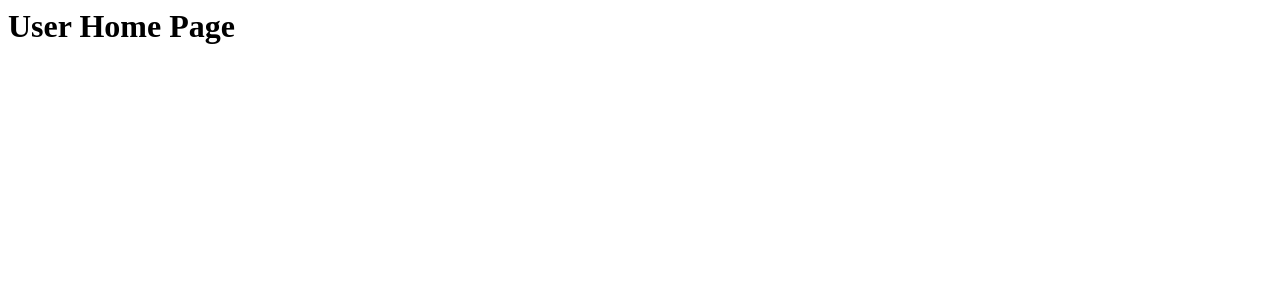
Repository: chinthaginjalabhuvan/Java
Page: http://localhost/RailwayCrossingProject/AdminHome.jsp
The author's editor kept a copy of each file at every save. The page is drawn from the files as they stood at one save, then again after the next save.
The browser window is 1280 px wide. The pictures show the whole page.
The page is served by Tomcat 9. Other server files are loaded and not shown. Queries for data that is not in the repository find no rows.

Above is the page before, as saved 2025-06-06 09:02:40.

### RailwayCrossingProject/src/main/webapp/AdminHome.jsp
<html>
	<body>
		<h1>User Home Page</h1>
	</body>

</html>

### RailwayCrossingProject/src/main/java/com/railway/dao/RailwayCrossingDao.java
package com.railway.dao;

import java.sql.*;

import java.util.ArrayList;



import com.railway.bean.RailwayCrossingBean;

import com.railway.bean.RegisterBean;

public class RailwayCrossingDao {

public static Connection con=getCon();

public static PreparedStatement ps;

public static ResultSet rs;

public static Connection getCon()

{

	try

	{

 Class.forName("com.mysql.cj.jdbc.Driver");

 con=DriverManager.getConnection("jdbc:mysql://localhost:3306/project","root","root");



	}

	catch(ClassNotFoundException cnf)

	{



	}

	catch(SQLException sql)

	{



	}

	return con;

}

public static String register(RegisterBean rb)

{

	int i=0;

	try

	{

 ps=con.prepareStatement("insert into register values(?,?,?)");

 ps.setString(1,rb.getName());

 ps.setString(2, rb.getEmail());

 ps.setString(3, rb.getPassword());

 i=ps.executeUpdate();

 if(i==1)

 {

 return "SUCCESS";

 }

 else

 {

 return "FAIL";

 }

	}

	catch(SQLException sql)

	{



	}

	return null;

}

public static String checkLogin(String email,String pass)

{

	try

	{

 ps=con.prepareStatement("select * from register where email=? and password=?");

 ps.setString(1, email);

 ps.setString(2, pass);

 rs=ps.executeQuery();

 if(rs.next())

 {

 return "Valid";

 }

 else

 {

 return "Invalid";

 }

	}

	catch(SQLException sql)

	{



	}

	return null;

}





public static ArrayList<RailwayCrossingBean> selectAll()

{

	ArrayList<RailwayCrossingBean> al=new ArrayList<RailwayCrossingBean>();

	try

	{

 ps=con.prepareStatement("select * from railwaycrossing");

 rs=ps.executeQuery();

 while(rs.next())

 {

 RailwayCrossingBean rcb=new RailwayCrossingBean();

 rcb.setName(rs.getString(1));

 rcb.setAddress(rs.getString(2));

 rcb.setLandmark(rs.getString(3));

 rcb.setTrainschedules(rs.getString(4));

 rcb.setPersonincharges(rs.getString(5));

 rcb.setStatus(rs.getString(6));

 al.add(rcb);



 }

	}

	catch(SQLException sql)

	{



	}

	return al;

}



public static int deleteByName(String name)

{

	System.out.println("Under Dao "+name);

	int i=0;

	try

	{

 ps=con.prepareStatement("delete from railwaycrossing where name=?");

 ps.setString(1, name);

 i=ps.executeUpdate();

	}

	catch(SQLException sql)

	{

 System.out.println(sql);

	}

	return 1;

}

}

After the next save:
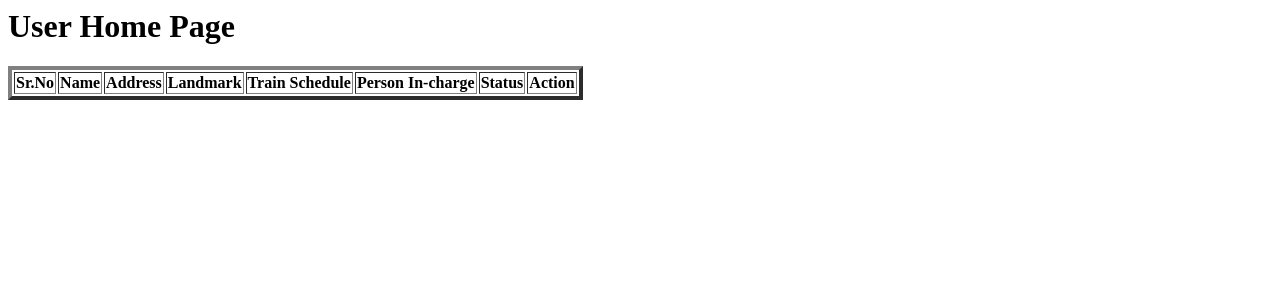
Saved 90 s later.
--- a/RailwayCrossingProject/src/main/webapp/AdminHome.jsp
+++ b/RailwayCrossingProject/src/main/webapp/AdminHome.jsp
@@ -1,6 +1,85 @@
+<%@page import="com.railway.dao.RailwayCrossingDao"%>
+
+<%@page import="com.railway.bean.RailwayCrossingBean"%>
+
+<%@page import="java.util.ArrayList"%>
+
 <html>
-	<body>
-		<h1>User Home Page</h1>
-	</body>
+
+<head>
+
+<style>
+
+#status{
+
+width:200px;
+
+
+
+}
+
+button{
+
+float:left;
+
+}
+
+</style>
+
+</head>
+
+<body>
+
+<h1>User Home Page</h1>
+
+<%
+
+int i=1;
+
+ArrayList<RailwayCrossingBean> all=RailwayCrossingDao.selectAll();%>
+
+<table border="4">
+
+<tr><th>Sr.No</th><th>Name</th><th>Address</th><th>Landmark</th><th>Train Schedule</th><th>Person In-charge</th><th>Status</th><th id="act">Action</th></tr>
+
+<%
+
+
+
+for(RailwayCrossingBean rcb:all){
+
+	%>
+
+	<tr>
+
+	<td><%=i %></td><td><%=rcb.getName() %></td><td><%=rcb.getLandmark() %></td><td><%=rcb.getTrainschedules() %></td><td><%=rcb.getPersonincharges() %></td><td><%=rcb.getStatus() %></td>
+
+	<td id="status">
+
+	<form action="UpdateCrossingForm.jsp"><button type="submit">Update</button>
+
+	</form>
+
+	<form action="DeleteCrossingForm.jsp">
+
+	<%session.setAttribute("aaa",rcb.getName()); %>
+
+	<button type="submit">Delete</button>
+
+	</form>
+
+
+
+	</td>
+
+<%i++;}%>
+
+</tr>
+
+
+
+</table>
+
+</body>
 
 </html>
